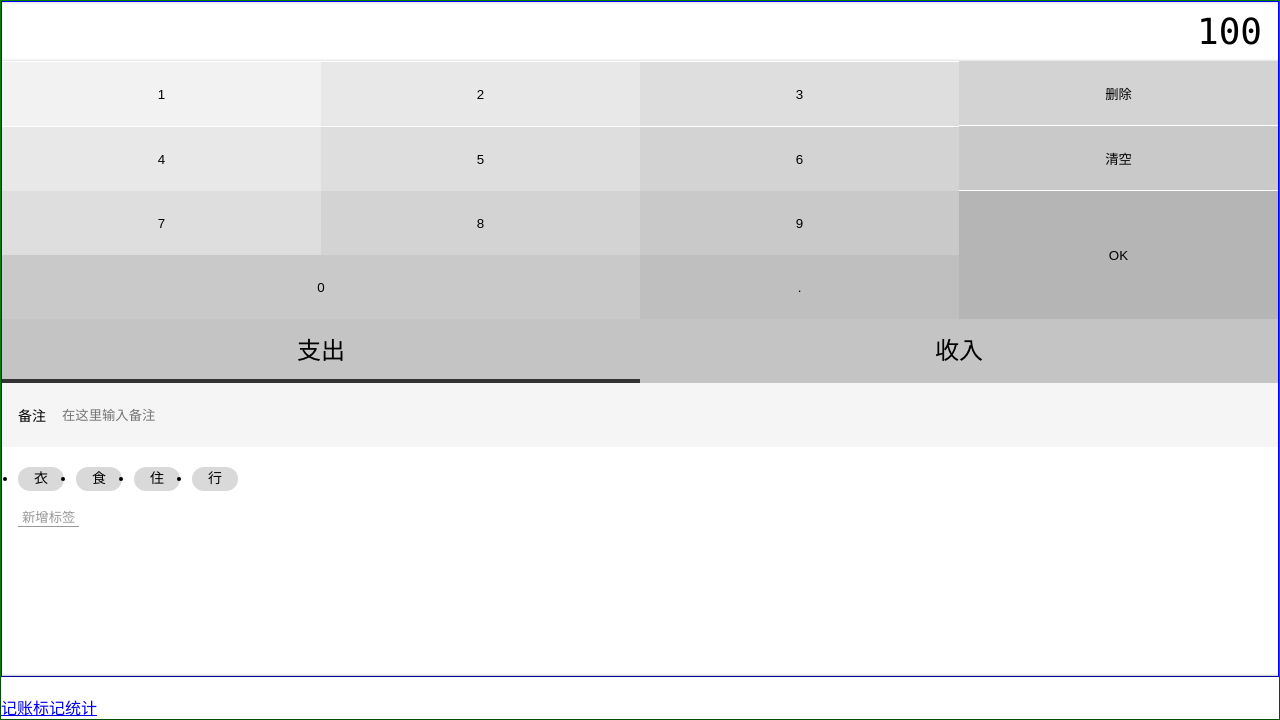
Repository: jiujiu407/bookkeeping
Page: /
The author's editor kept a copy of each file at every save. The page is drawn from the files as they stood at one save, then again after the next save.
The browser window is 1280 px wide. The pictures show the whole page.
The project was rebuilt for these pictures with package versions that can differ from the ones it lists, and the page was loaded fresh each time. Also part of the build but not shown: vue.config.js, src/views/Labels.vue, src/views/Statistics.vue, src/views/NotFound.vue.

Above is the page before, as saved 2021-10-19 14:43:04.

After the next save:
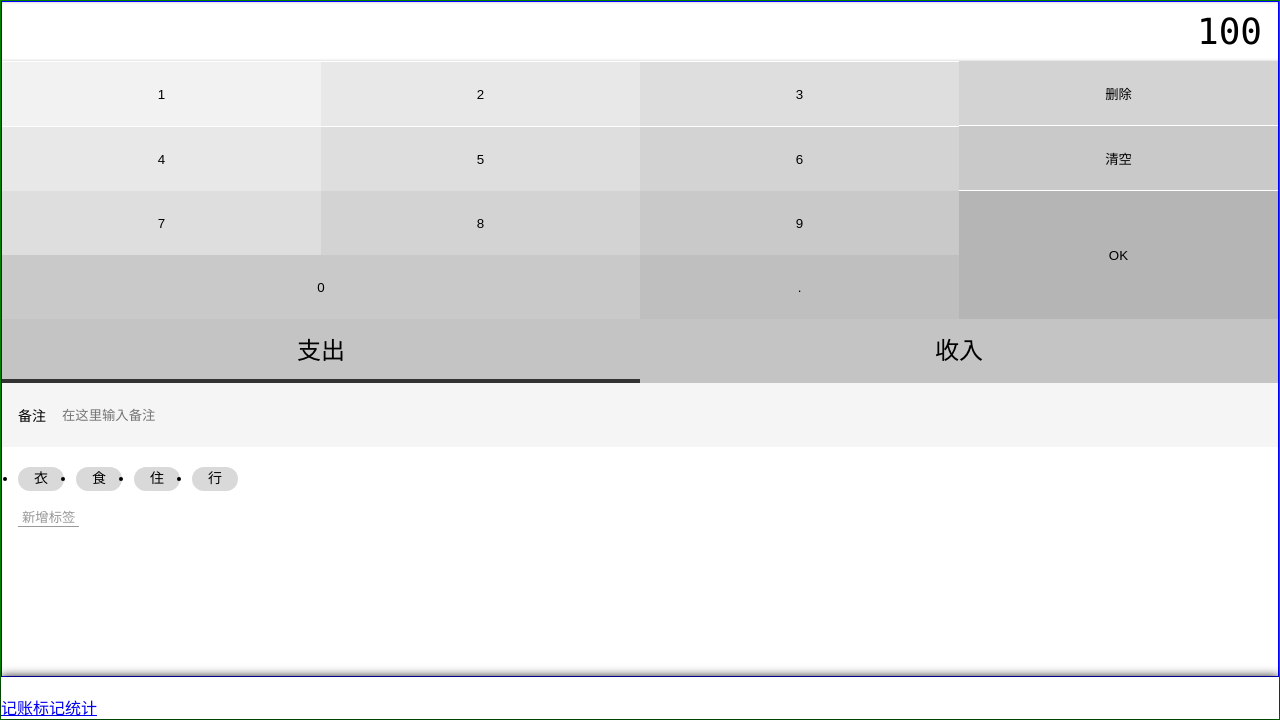
Saved 14 s later.
--- a/src/components/Nav.vue
+++ b/src/components/Nav.vue
@@ -23,7 +23,7 @@ export default Vue.extend({
 <style lang="scss" scoped>
 nav{
   display: flex;
-  box-shadow: 0 0 3px rgba(0,0,0,1);
+  box-shadow: 0 0 10px rgba(0,0,0,1);
   >.item{
 
   }
